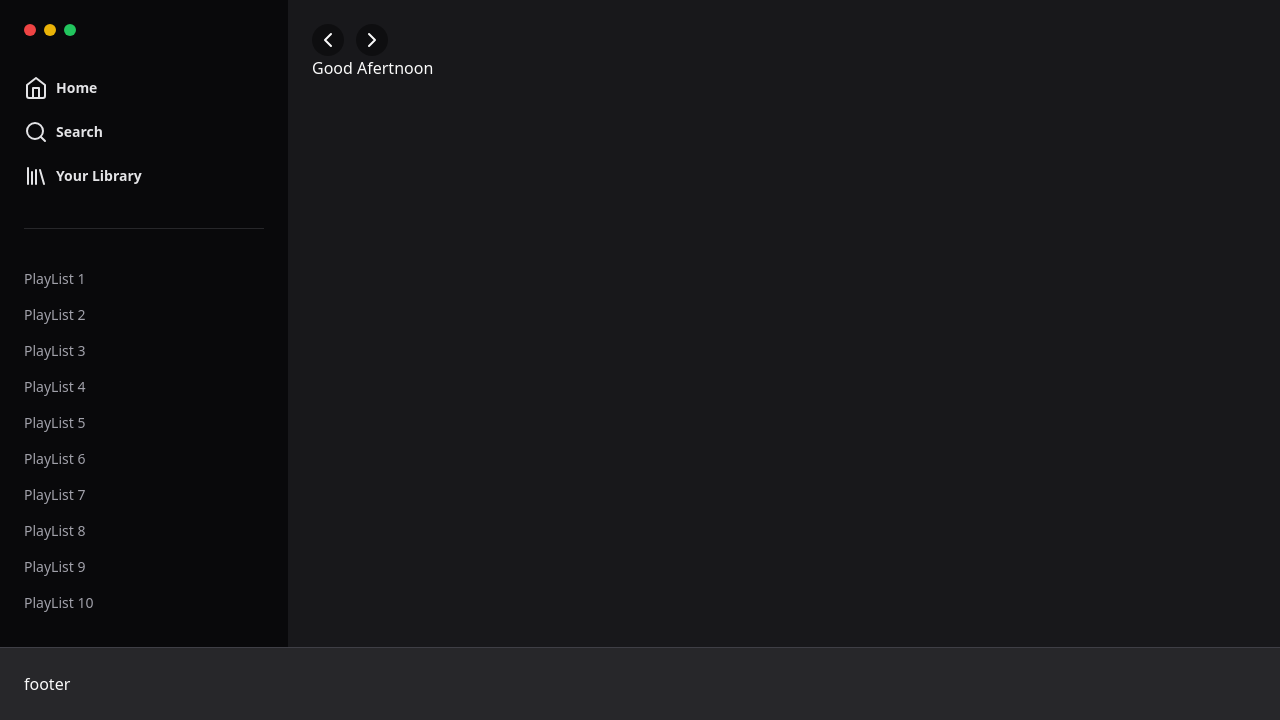
Repository: guilhermecardoso93/tailwind-spotify
Page: /
An editor plug-in stored every save of this project. The page is shown before and after the next save, followed by the edit.
The browser window is 1280 px wide. The pictures show the whole page.
The project was rebuilt for these pictures with package versions that can differ from the ones it lists, and the page was loaded fresh each time. The framework's server and built-in components were replaced by stand-ins that run in the browser. Also part of the build but not shown: next.config.js.

Above is the page before, as saved 2023-04-15 20:12:56.

After the next save:
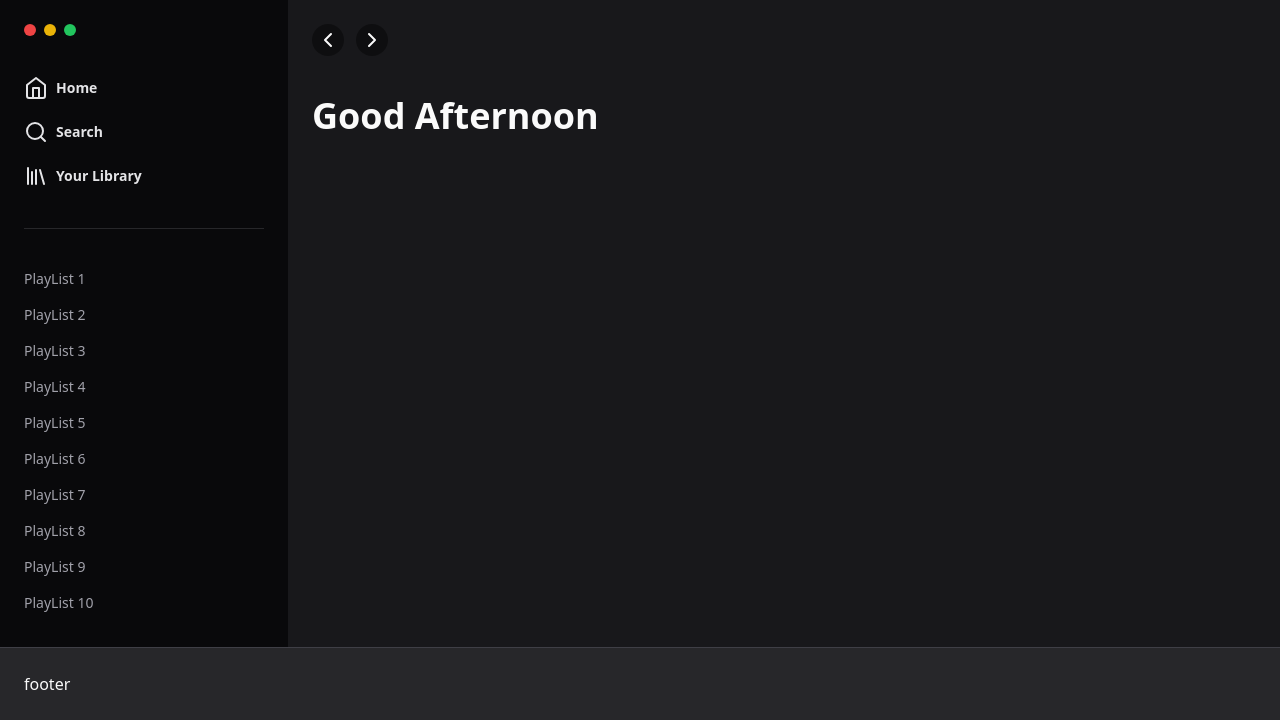
Saved 28 s later.
--- a/src/app/page.tsx
+++ b/src/app/page.tsx
@@ -54,7 +54,7 @@
               <ChevronRight />
             </button>
           </div>
-          <h1>Good Afertnoon</h1>
+          <h1 className="font-semibold text-4xl mt-10">Good Afternoon</h1>
         </main>
       </div>
       <footer className="bg-zinc-800 border-t border-zinc-700 p-6">
